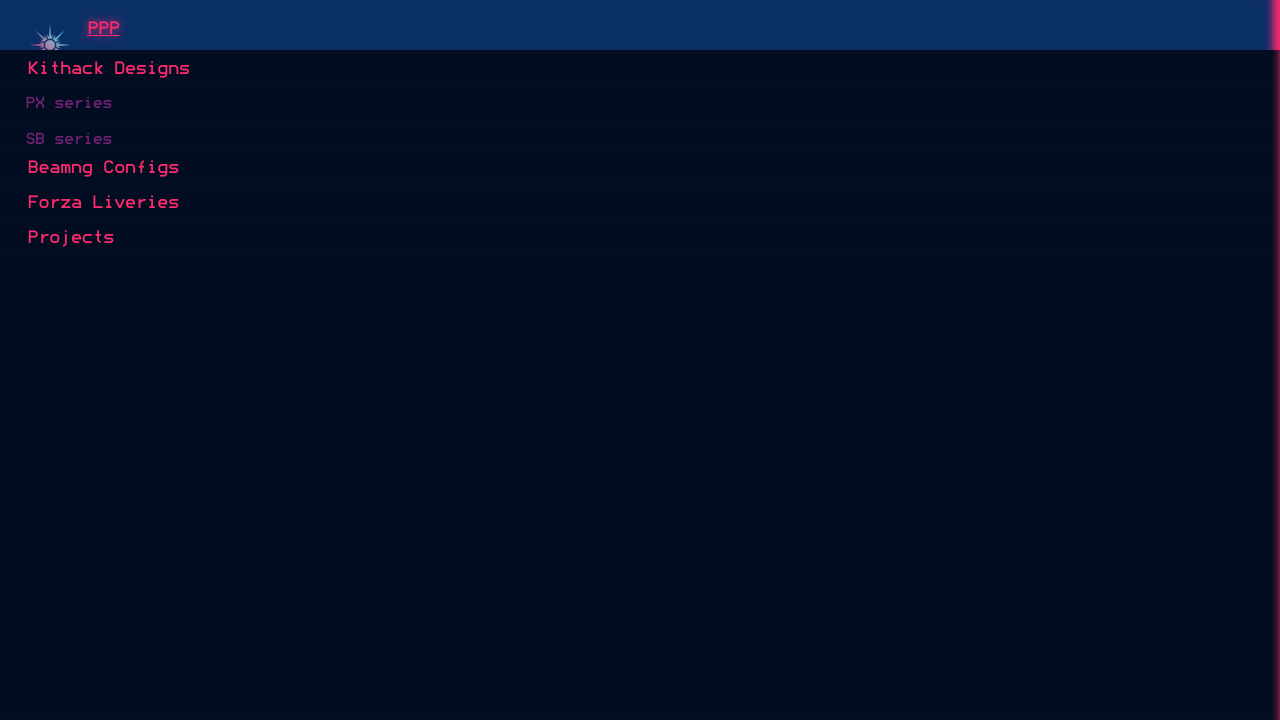
Repository: Pamishly/PamishlysPlayPlace
Page: navbar.html
These files come from the project's save history. The page is drawn as it stood at one moment and after the next save; the edit follows.
The browser window is 1280 px wide. The pictures show the whole page.

Above is the page before, as saved 2024-09-11 21:17:13.

After the next save:
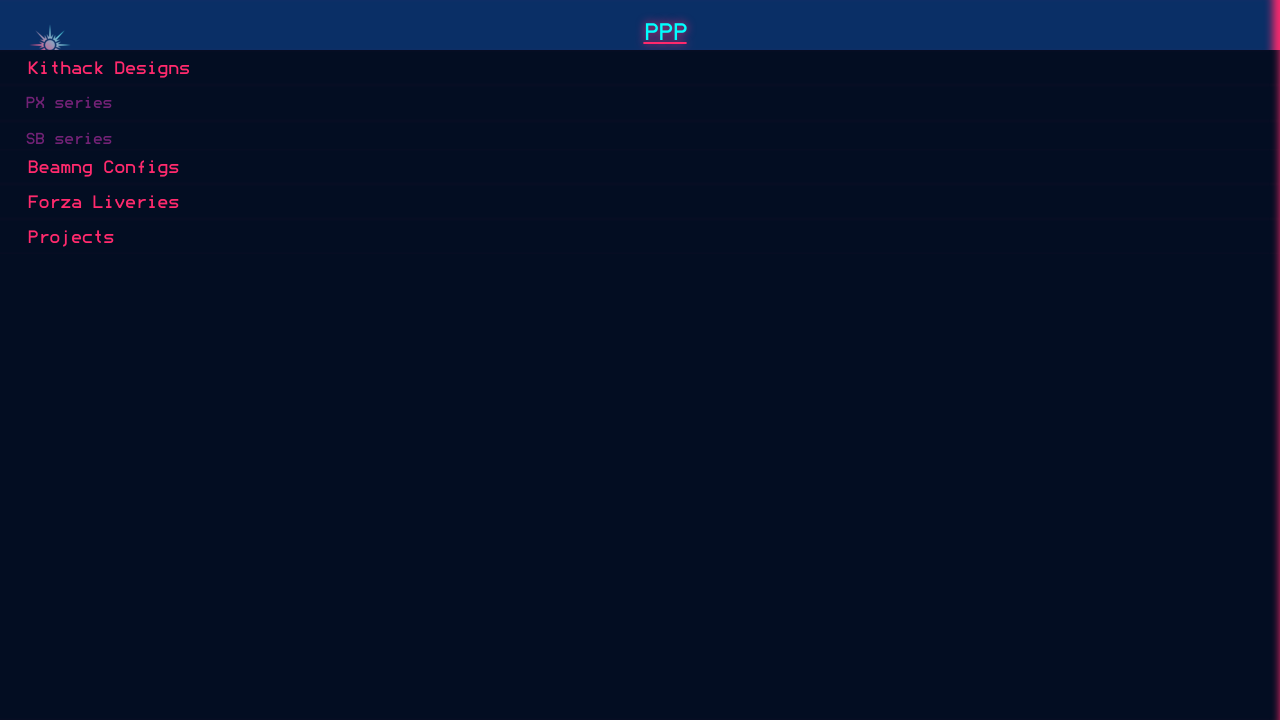
Saved 17 s later.
--- a/navbar.html
+++ b/navbar.html
@@ -2,7 +2,7 @@
 <ul>
     <input type="radio" name="menu" id="ppp">
     <li class="sitename">
-        <a href="./homepage.html"  target="_top"><label for="edit" class="title"><i class="fa fa-ppp"></i><img src="./logo.png">PPP</label></a>
+        <a href="./homepage.html"  target="_top"><label for="edit" class="title"><i class="fa fa-ppp"></i><img src="./logo.png"><p>PPP</p></label></a>
     </li>
     <input type="radio" name="menu" id="kithack" checked>
     <li>
